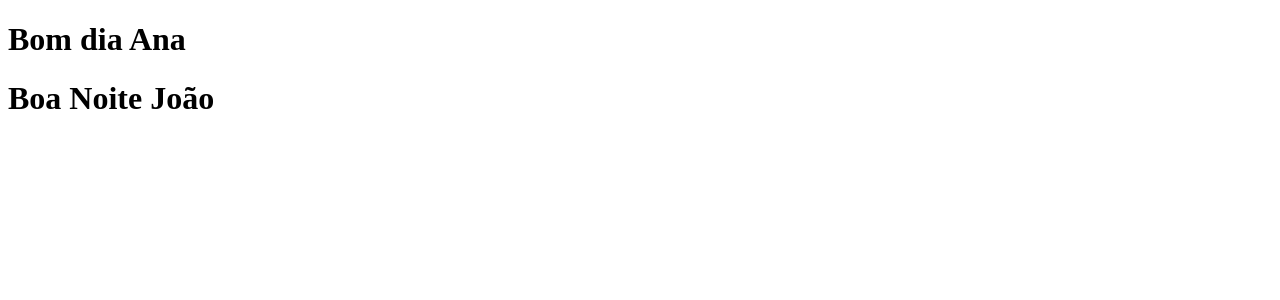
Repository: evertonagilar/Curso-Web-Moderno-Completo
Page: / (app in cap22-React/exercicios/)
The author's editor kept a copy of each file at every save. The page is drawn from the files as they stood at one save, then again after the next save.
The browser window is 1280 px wide. The pictures show the whole page.
The project was rebuilt for these pictures with package versions that can differ from the ones it lists, and the page was loaded fresh each time. Also part of the build but not shown: cap22-React/exercicios/src/components/BomDia.jsx.

Above is the page before, as saved 2023-09-18 20:07:49.

### cap22-React/exercicios/public/index.html
<!doctype html>
<html lang="en">
  <head>
    <meta charset="utf-8">
    <meta name="viewport" content="width=device-width, initial-scale=1">
    <link rel="shortcut icon" href="%PUBLIC_URL%/favicon.ico">
    <!--
      Notice the use of %PUBLIC_URL% in the tag above.
      It will be replaced with the URL of the `public` folder during the build.
      Only files inside the `public` folder can be referenced from the HTML.

      Unlike "/favicon.ico" or "favicon.ico", "%PUBLIC_URL%/favicon.ico" will
      work correctly both with client-side routing and a non-root public URL.
      Learn how to configure a non-root public URL by running `npm run build`.
    -->
    <title>Exercícios React</title>
  </head>
  <body>
    <div id="root"></div>
    <!--
      This HTML file is a template.
      If you open it directly in the browser, you will see an empty page.

      You can add webfonts, meta tags, or analytics to this file.
      The build step will place the bundled scripts into the <body> tag.

      To begin the development, run `npm start`.
      To create a production bundle, use `npm run build`.
    -->
  </body>
</html>

### cap22-React/exercicios/src/index.js
import React from "react";
import ReactDOM from "react-dom";

import BomDia from './components/BomDia'
import { BoaTarde, BoaNoite } from'./components/Multiplos'
import Multi from './components/Multiplos'

ReactDOM.render(
    <div>
        <BoaTarde nome="Ana" />
        <BoaNoite nome="João" />
    </div>, document.getElementById('root'))

### cap22-React/exercicios/src/components/Multiplos.jsx
import React from "react";
import ReactDOM from "react-dom";

export const BoaTarde = props => <h1>Bom dia {props.nome}</h1>
export const BoaNoite = props => <h1>Boa Noite {props.nome}</h1>

export default {
    BoaTarde,
    BoaNoite
}

After the next save:
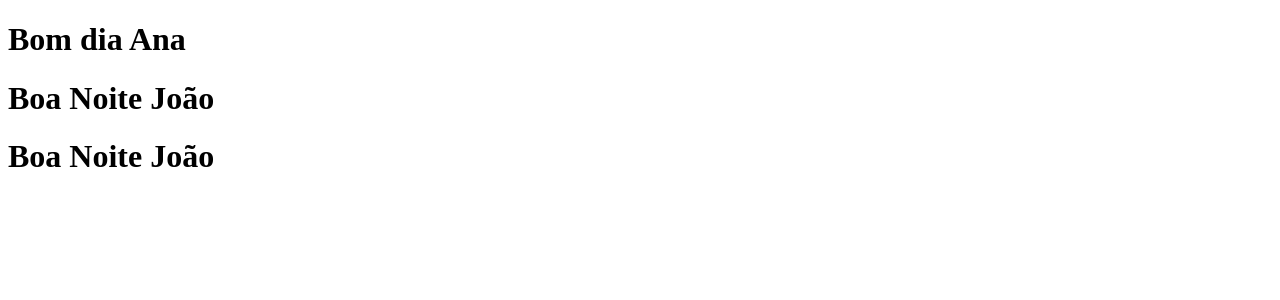
Saved 6 s later.
--- a/cap22-React/exercicios/src/index.js
+++ b/cap22-React/exercicios/src/index.js
@@ -9,4 +9,5 @@ ReactDOM.render(
     <div>
         <BoaTarde nome="Ana" />
         <BoaNoite nome="João" />
+        <BoaNoite nome="João" />
     </div>, document.getElementById('root'))
